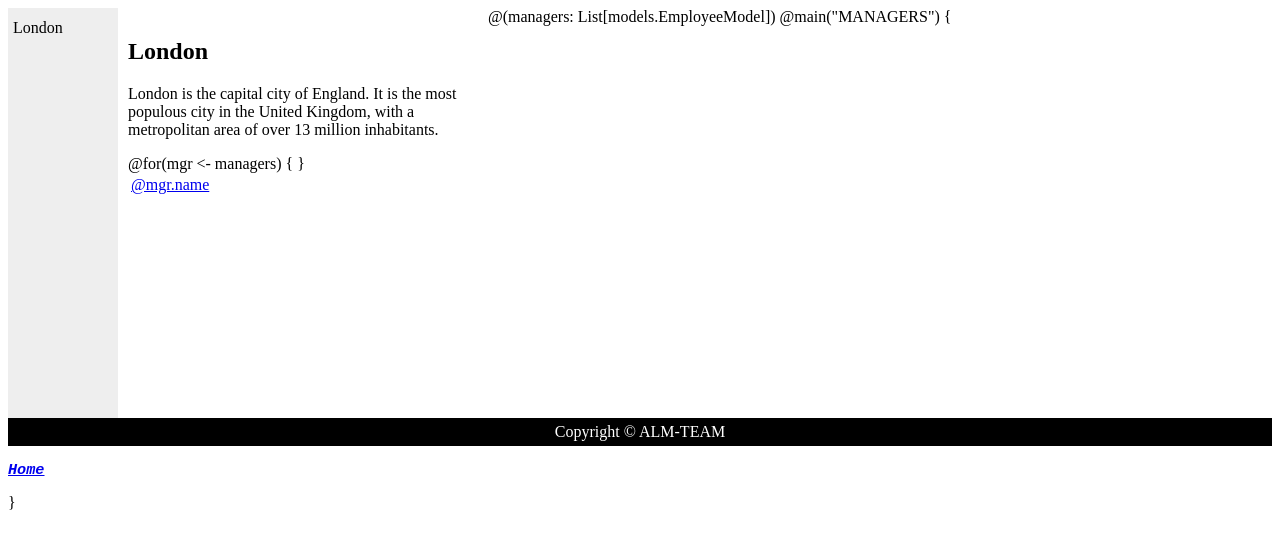
Repository: sumitkum200690/PLAY_SLICK
Page: Play_DB/app/views/managerPage.scala.html
An editor plug-in stored every save of this project. The page is shown before and after the next save, followed by the edit.
The browser window is 1280 px wide. The pictures show the whole page.

Above is the page before, as saved 2015-09-23 10:30:32.

After the next save:
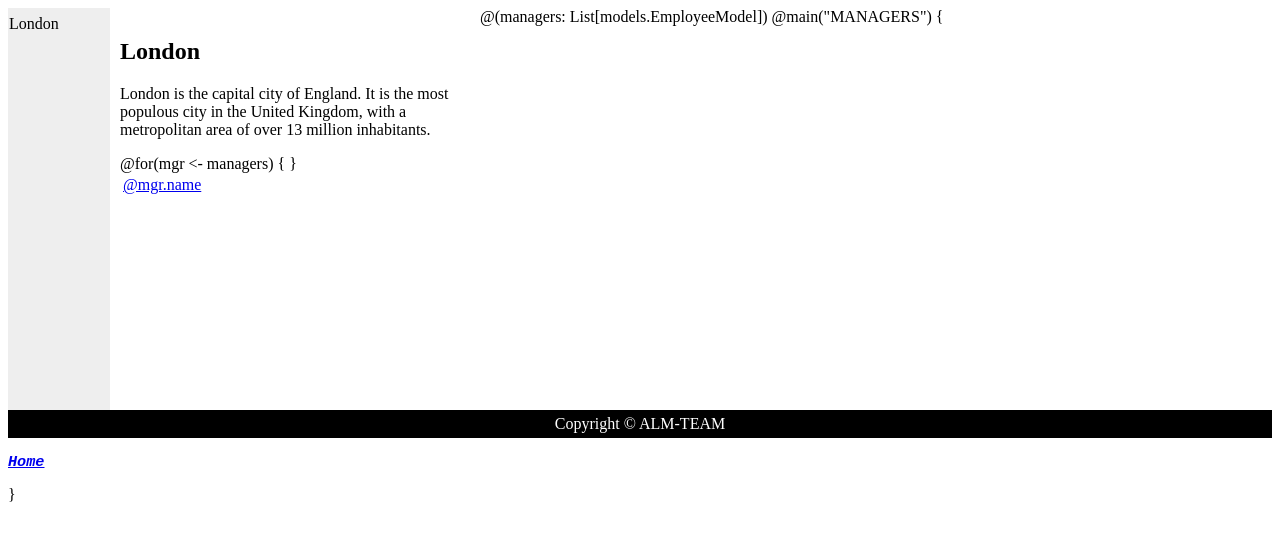
Saved 36 s later.
--- a/Play_DB/app/views/managerPage.scala.html
+++ b/Play_DB/app/views/managerPage.scala.html
@@ -14,7 +14,7 @@
     height:400px;
     width:100px;
     float:left;
-    padding:5px;
+    padding:1px;
 }
 #section {
     width:350px;

After the save that followed:
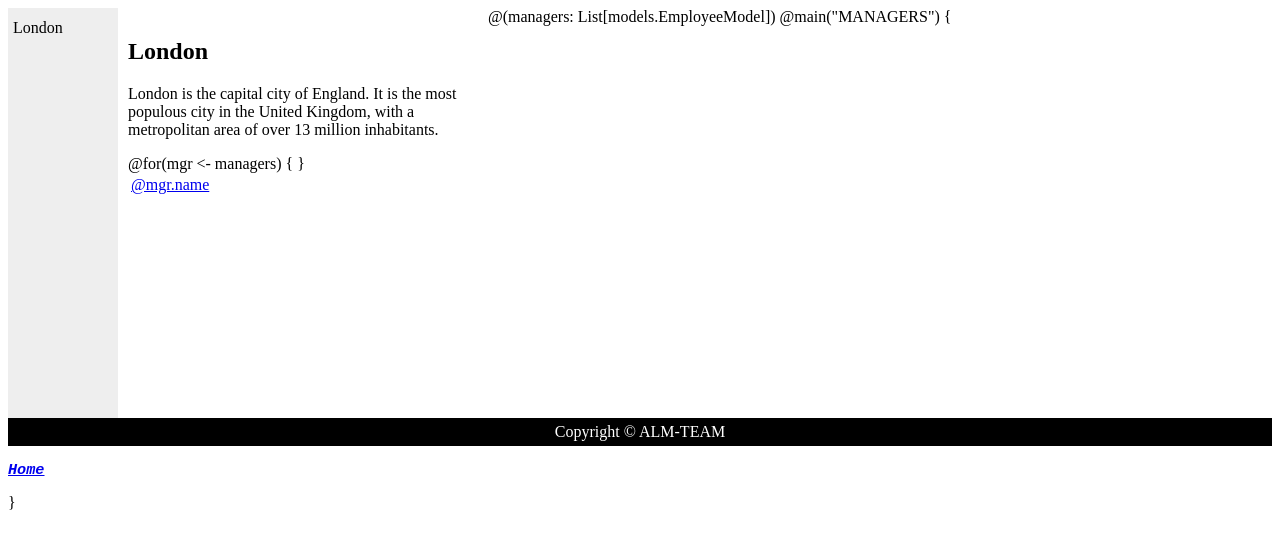
Saved 4 min 59 s later.
--- a/Play_DB/app/views/managerPage.scala.html
+++ b/Play_DB/app/views/managerPage.scala.html
@@ -14,7 +14,7 @@
     height:400px;
     width:100px;
     float:left;
-    padding:1px;
+    padding:5px;
 }
 #section {
     width:350px;
